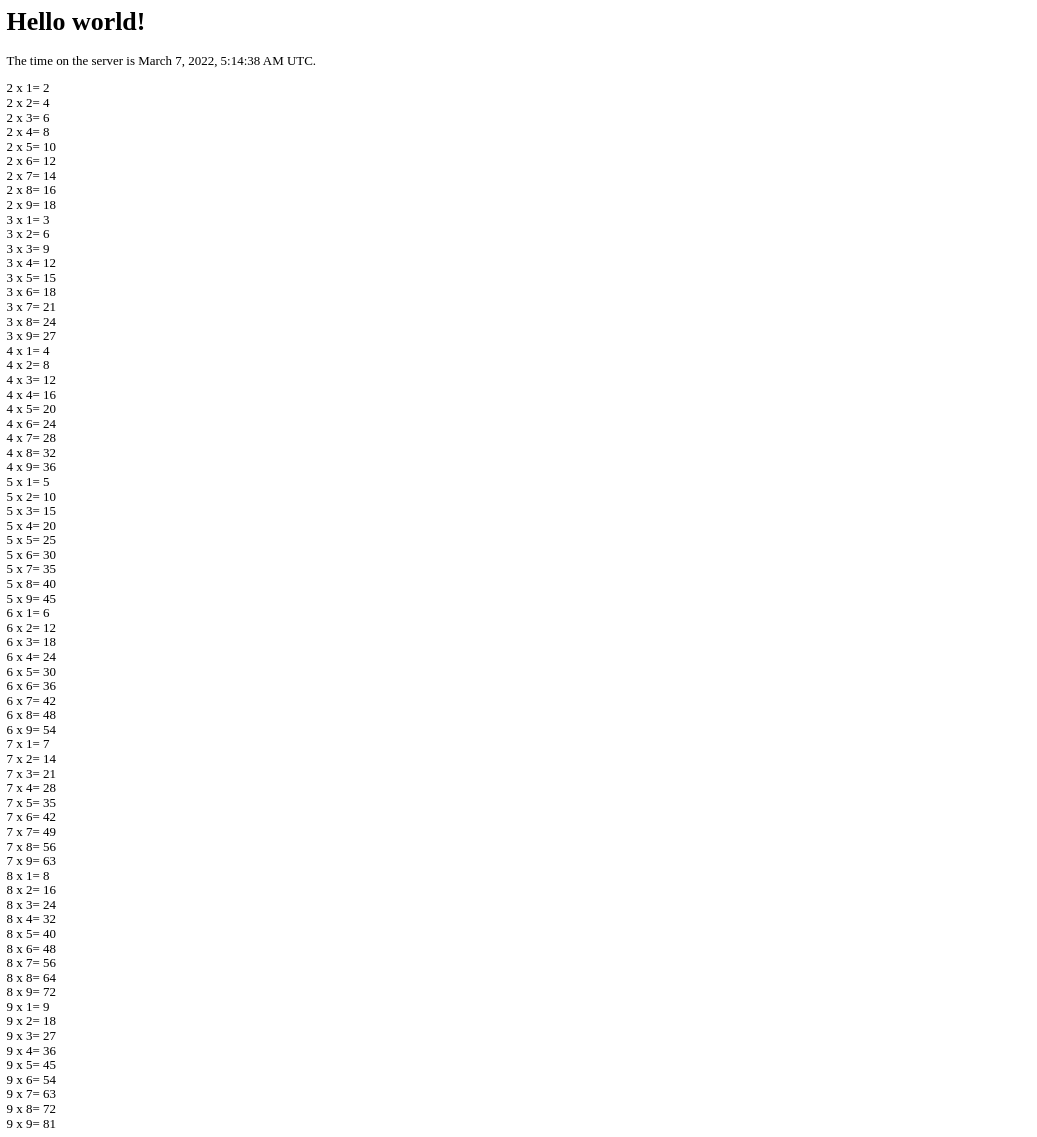
Repository: qkrgnsgml/springAtCollege
Page: http://localhost/Hello/
The author's editor kept a copy of each file at every save. The page is drawn from the files as they stood at one save, then again after the next save.
The browser window is 1280 px wide. The pictures show the whole page, at 81% of full size.
The page is served by Tomcat 9. The template is opened directly, without the code that normally fills it, so the values that code supplies are empty.

Above is the page before, as saved 2022-03-07 05:17:09.

After the next save:
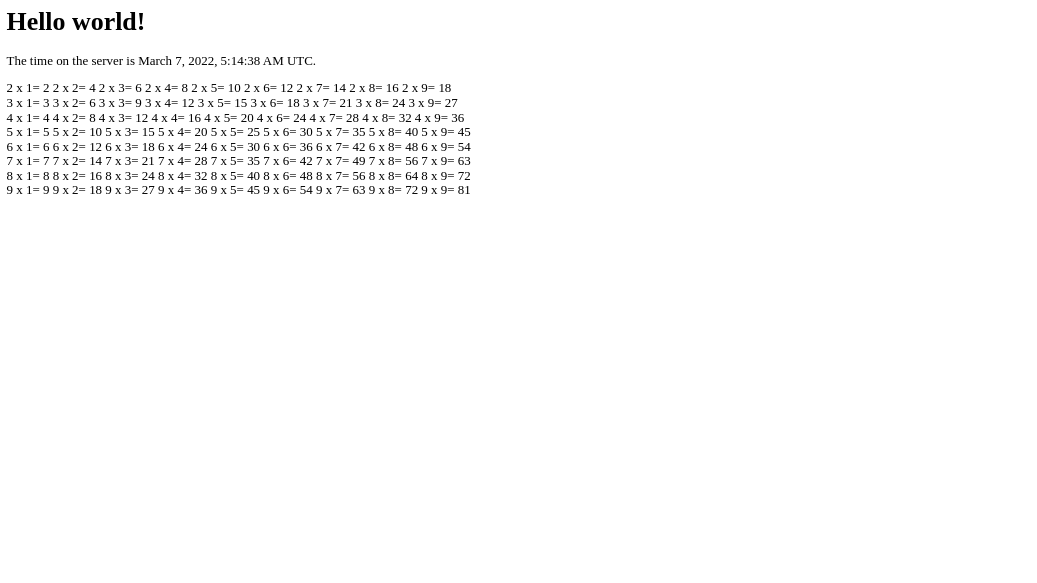
Saved 60 s later.
--- a/Hello/src/main/webapp/WEB-INF/views/home.jsp
+++ b/Hello/src/main/webapp/WEB-INF/views/home.jsp
@@ -15,8 +15,9 @@
 
 	for(int i =2; i<10;i++){
 		for(int j=1;j<10;j++){
-			out.print(i+" x "+j+"= "+i*j +"<br>");
+			out.print(i+" x "+j+"= "+i*j +" ");
 		}
+		out.print("<br>");
 	}
 
 %>
